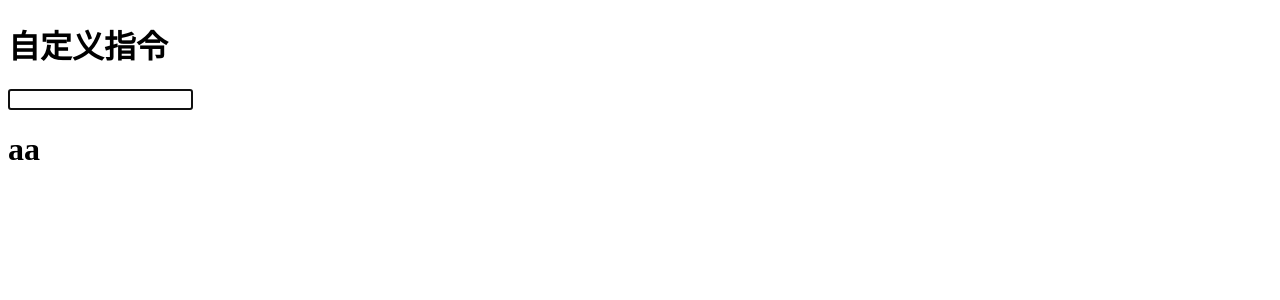
Repository: paranoia-M/vue3-Actions
Page: /define
The author's editor kept a copy of each file at every save. The page is drawn from the files as they stood at one save, then again after the next save.
The browser window is 1280 px wide. The pictures show the whole page.
The project was rebuilt for these pictures with package versions that can differ from the ones it lists, and the page was loaded fresh each time. Also part of the build but not shown: vite.config.js, vue.config.js, src/components/demo/Pra.vue, src/components/demo/Pra2.vue, src/components/demo/Pra3.vue, src/components/Component.vue.

Above is the page before, as saved 2022-03-14 15:05:50.

### src/main.js
import { createApp, h } from "vue";
import App from "./App.vue";
import router from "./router";
import MyPlugin from "./plugins/myPlugin/MyPlugin";
// import * as Vue from "vue";
// console.log(Vue);

let app = createApp(App);
app.directive("highlight", {
  beforeMount(el, binding, vnode) {
    el.style.background = binding.value;
  },
});

app.use(router);
// 自定义插件的使用
app.use(MyPlugin, {
  greetings: {
    hello: "Bonjour!",
  },
});
app.mount("#app");
console.log(app.config.globalProperties);

// 应用配置
// app.config.errorHandle = (err) => {
//   console.log(err);
// };
// 等价于
// createApp(
//   {
//     data() {
//       return {
//         data: "main的数据",
//       };
//     },
//     render: () => h(App),
//   },
//   { data: "main改变后的数据" }
// ).mount('#app');

// 等价于
// createApp(App).use(router).use(store).mount('#app')

### src/App.vue

<script setup>
import MyComponent from './components/Component.vue'
</script>

<template>
  <div>
    <!-- <my-component></my-component> -->
    <router-view />
  </div>
</template>

### src/router/index.js
import {
  createRouter,
  createWebHashHistory,
  createWebHistory,
} from "vue-router";
import { defineAsyncComponent } from "vue";

const router = createRouter({
  history: createWebHistory(),
  // history: createWebHashHistory(),
  routes: [
    {
      path: "/",
      name: "home",
      component: defineAsyncComponent(() =>
        import(`../components/Component.vue`)
      ),
    },
    {
      path: "/*",
      redirect: "/",
    },
    //父组件向子组件传递事件处理函数
    {
      path: "/list",
      name: "list",
      component: defineAsyncComponent(() => import(`../pages/list/List.vue`)),
    },
    // watch 监听
    {
      path: "/watch",
      name: "watch",
      component: defineAsyncComponent(() => import(`../pages/watch/Watch.vue`)),
    },
    // 插槽使用
    {
      path: "/slot",
      name: "slot",
      component: defineAsyncComponent(() => import(`../pages/slot/Slot.vue`)),
    },
    // 依赖注入
    {
      path: "/injection",
      name: "injection",
      component: defineAsyncComponent(() =>
        import(`../pages/injection/Injection.vue`)
      ),
    },
    // 可组合函数
    {
      path: "/combination",
      name: "combination",
      component: defineAsyncComponent(() =>
        import(`../pages/combination/Combination.vue`)
      ),
    },
    // 自定义指令
    {
      path: "/define",
      name: "define",
      component: defineAsyncComponent(() =>
        import(`../pages/define/DefineV.vue`)
      ),
    },
  ],
});

export default router;

### src/plugins/myPlugin/MyPlugin.js
export default {
  install: (app, options) => {
    //具体的插件代码
    // 按 key 名翻译文本内容的函数
    app.config.globalProperties.$translate = (key) => {
      return key.split(".").reduce((o, i) => {
        if (o) return o[i];
      });
    };
  },
};

### src/pages/define/DefineV.vue
<template>
  <div>
    <h1>自定义指令</h1>
    <input type="text" v-focus />
    <h2>{{ $translate("greetings.hello") }}</h2>
    <h1>aa</h1>
  </div>
</template>

<script setup>
const vFocus = {
  mounted: (el) => el.focus(),
};
// 指令钩子
const myDirective = {
  // 在绑定元素的attribute前调用，或事件监听器应用前调用
  created(el, binding, vnode, prevNode) {
    /*
    el：指令绑定到的元素。这可以用于直接操作 DOM。
    binding：一个对象，包含以下属性，value，oldValue，arg，modifiers，instance，dir
    vnode：代表绑定元素的底层 VNode。
    prevNode：之前的渲染中代表指令所绑定元素的 VNode。仅在 beforeUpdate 和 updated 钩子中可用。
    */
  },
  // 在元素被插入到dom前调用
  beforeMount() {},
  // 在绑定元素的父组件及他自己的所有子节点都挂载完成后调用
  mounted() {},
  // 绑定元素的父组件更新前调用
  beforeUpdate() {},
  // 在绑定元素的父组件
  // 及他自己的所有子节点都 更新 完成后调用
  updated() {},
  // 绑定元素的父组件卸载之前调用
  beforeUnmount() {},
  // 绑定元素的父组件卸载之后调用
  unmounted() {},
};
</script>

<style>
</style>

Loaded but not shown: index.html (common file)

After the next save:
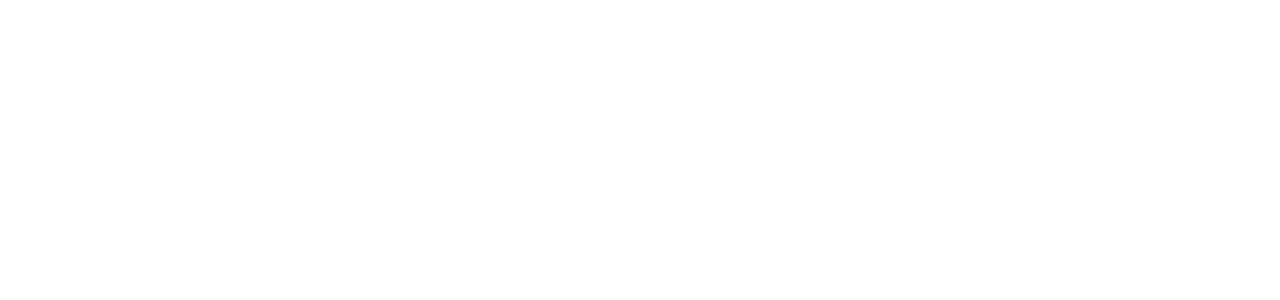
Console error: ReferenceError: $translate is not defined
Saved 36 s later.
--- a/src/pages/define/DefineV.vue
+++ b/src/pages/define/DefineV.vue
@@ -36,6 +36,8 @@
   // 绑定元素的父组件卸载之后调用
   unmounted() {},
 };
+
+console.log($translate("greetings.hello"));
 </script>
 
 <style>

After the save that followed:
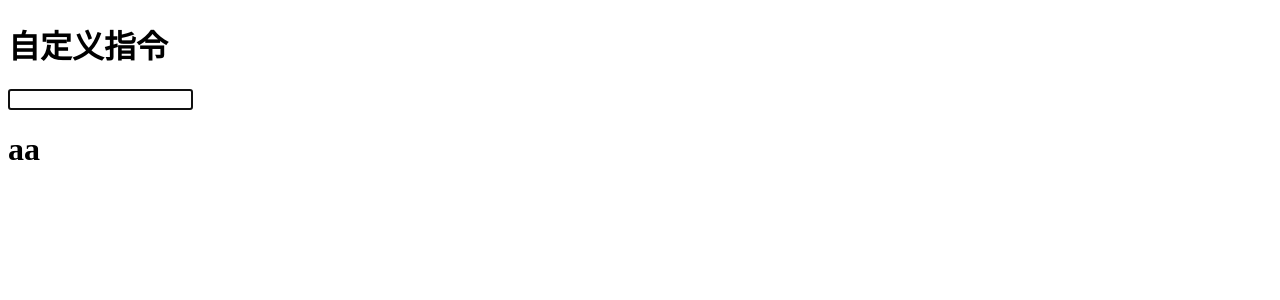
The error is gone.
Saved 16 s later.
--- a/src/pages/define/DefineV.vue
+++ b/src/pages/define/DefineV.vue
@@ -36,8 +36,6 @@
   // 绑定元素的父组件卸载之后调用
   unmounted() {},
 };
-
-console.log($translate("greetings.hello"));
 </script>
 
 <style>
